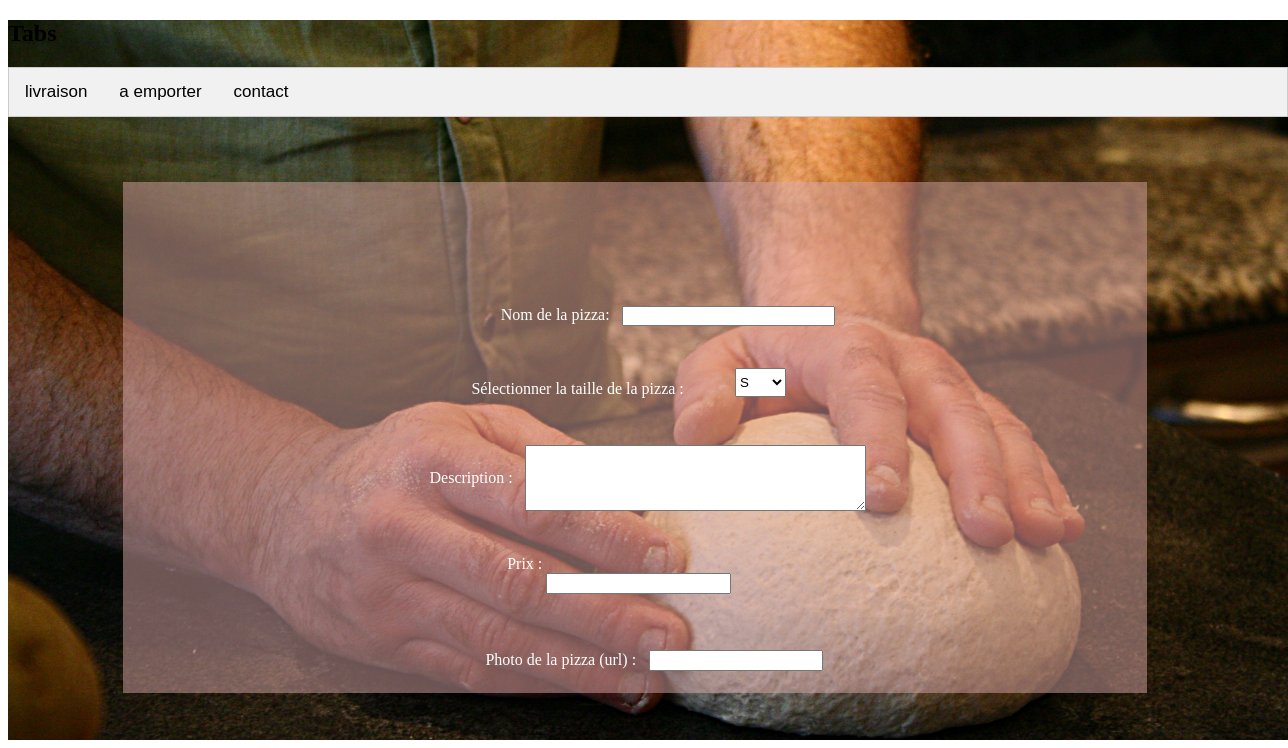
Repository: dev84-unalien/pippo_pizza
Page: admin.html
These files come from the project's save history. The page is drawn as it stood at one moment and after the next save; the edit follows.
The browser window is 1280 px wide. The page is 1288 px wide, so the pictures cover 1288 px, including what lies to the right of the window. The pictures show the whole page.

Above is the page before, as saved 2019-09-10 16:18:14.

### admin.html
<!DOCTYPE html>
<html lang="en">

<head>
    <meta charset="UTF-8">
    <meta name="viewport" content="width=device-width, initial-scale=1.0">
    <meta http-equiv="X-UA-Compatible" content="ie=edge">
    <title>pizzaria pippo</title>
    <link rel="stylesheet" href="admin.css">
    <script src="jquery-3.4.1.min.js"></script>
    <script src="admin.js"></script>

</head>

<body>
    <div id=unos>
        <div id=commande>

            <h2>Tabs</h2>


            <div class="tab">
                <button class="tablinks" onclick="openCity(event, 'livraison')">livraison</button>
                <button class="tablinks" onclick="openCity(event, 'emporter')">a emporter</button>
                <button class="tablinks" onclick="openCity(event, 'contact')">contact</button>
            </div>

            <div id="livraison" class="tabcontent">
                <h3>livraison</h3>
            </div>

            <div id="emporter" class="tabcontent">
                <h3>emporter</h3>

            </div>

            <div id="contact" class="tabcontent">
            </div>
            </form>

         <div id="body">
            <div id="Gcadre">
                 <div id="Nom">Nom de la pizza:<input id="écriture"></input></div>
                  <div id="Taille">
                  <p>Sélectionner la taille de la pizza :</p>
                   <select >
                         <option value="S">S</option>
                         <option value="M">M</option>
                         <option value=">L">L</option>
                         <option value="XL">XL</option>
                         <option value="XXL">XXL</option>
                     </select>
                </div>
                <div id="Description">Description :<TEXTAREA name="desc" rows=4 cols=40></TEXTAREA></div>
                <div id="Prix">Prix : <input id="prix1"></input></div>

                <div id="Image"> Photo de la pizza (url) :<input id="imgpizza"></input></div>
            </div>

        </div>
    </div>
</body>

</html>

### admin.css
#unos {
  height: 100vh;
  width: 100vw;
  background-image: url("images/ajoutpizza.jpg");
  justify-content: cover;
  background-size: 100vw;
}
#body{
    width: 100vw;
    height: 80vh;
    display: flex;
  flex-direction: column;
  justify-content: center;
  align-content: center;
}
#Gcadre {
  display: flex;
  flex-direction: column;
  justify-content: space-around;
  align-items: center;
  width: 80vw;
  height: 80vh;
  background-color: rgba(216, 166, 166, 0.5);
  margin-left: 9vw;
  margin-top:9vh;
  color: white;
}

#Nom {
  margin-left: 9vw;
  display: flex;
  color: white;
  margin-top: 8vw;
  width: 30vw;
  height:2vh;
}
#écriture{
  width:16vw;
  height:2vh;
  margin-left:1vw;
}

#Taille {
  margin-right: 6vw;
  display: flex;
  justify-content: center;
  align-content: center;
  width: 80vw;
  height: 5vh;
}
select {
  width: 4vw;
  height: 4vh;
  margin-top: 0.5vh;

}

#Description{
  margin-left: 2vw;
  size: 5rem;
  display: flex;
  justify-content: center;
  align-items: center;

}
#Prix{
  width: 20vw;
  height: 4vw;

}
#prix1{
  margin-left:3vw;
}
#imgpizza{
width: 13vw;
margin-left:1vw;
}
#Image{
  margin-left: 3vw;
}
TEXTAREA{
  margin-left:1vw;

}
p {
  color: white;
  margin-left: 5vw;
  margin-right: 4vw;
}

#formulaire {
  height: 50%;
  width: 50%;
  background-color: aliceblue;
}

#livraison {
  background-color: aquamarine;
}

#emporter {
  background-color: beige;
}
#contact {
  background-color: powderblue;
}

.tab {
  overflow: hidden;
  border: 1px solid #ccc;
  background-color: #f1f1f1;
}

/* Style the buttons inside the tab */

.tab button {
  background-color: inherit;
  float: left;
  border: none;
  outline: none;
  cursor: pointer;
  padding: 14px 16px;
  transition: 0.3s;
  font-size: 17px;
}

/* Change background color of buttons on hover */

.tab button:hover {
  background-color: red;
}

/* Create an active/current tablink class */

.tab button.active {
  background-color: red;
}

/* Style the tab content */

.tabcontent {
  display: none;
  padding: 6px 12px;
  border: 1px solid red;
  border-top: none;
}

Loaded but not shown: jquery-3.4.1.min.js (library); admin.js (no copy from this time; the picture is the same without it)

After the next save:
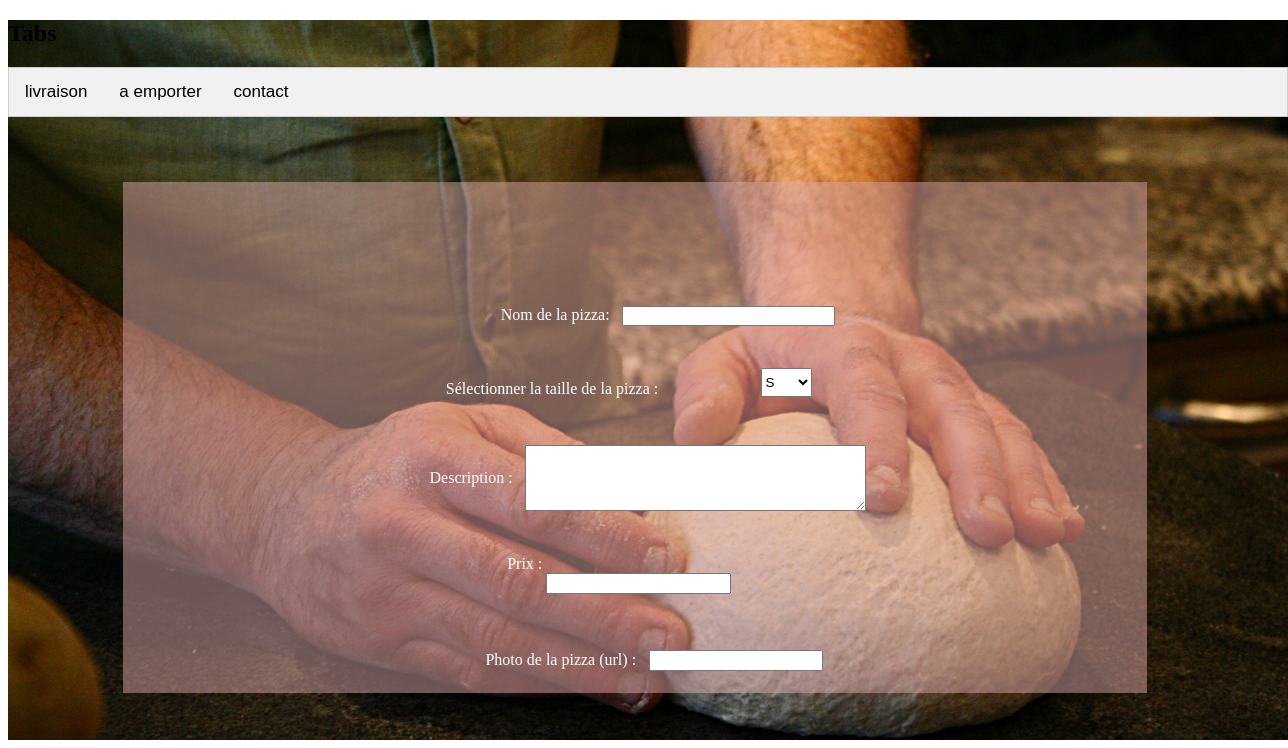
Saved 5 s later.
--- a/admin.css
+++ b/admin.css
@@ -85,7 +85,7 @@ TEXTAREA{
 p {
   color: white;
   margin-left: 5vw;
-  margin-right: 4vw;
+  margin-right: 8vw;
 }
 
 #formulaire {
